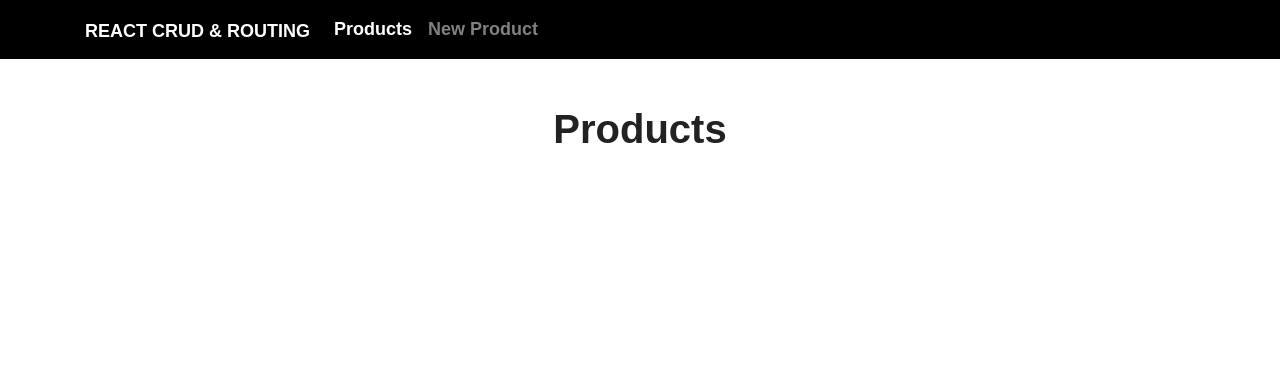
Repository: ppfeliuu/routercrudreact
Page: /products
These files come from the project's save history. The page is drawn as it stood at one moment and after the next save; the edit follows.
The browser window is 1280 px wide. The pictures show the whole page.
Some web fonts or font styles are not loaded; a fallback is used. The project was rebuilt for these pictures with package versions that can differ from the ones it lists, and the page was loaded fresh each time. Requests to the local data server were answered from the project's data file. Also part of the build but not shown: src/components/Producto.js, src/components/EditarProducto.js, src/components/AgregarProducto.js.

Above is the page before, as saved 2019-06-26 10:54:31.

### public/index.html
<!DOCTYPE html>
<html lang="en">
  <head>
    <meta charset="utf-8" />
    <link rel="shortcut icon" href="%PUBLIC_URL%/rc.png" />
    <meta name="viewport" content="width=device-width, initial-scale=1" />
    <meta name="theme-color" content="#000000" />
    <!--
      manifest.json provides metadata used when your web app is installed on a
      user's mobile device or desktop. See https://developers.google.com/web/fundamentals/web-app-manifest/
    -->
    <link rel="manifest" href="%PUBLIC_URL%/manifest.json" />
    <link rel="stylesheet" href="/css/bootstrap.min.css">
    <!--
      Notice the use of %PUBLIC_URL% in the tags above.
      It will be replaced with the URL of the `public` folder during the build.
      Only files inside the `public` folder can be referenced from the HTML.

      Unlike "/favicon.ico" or "favicon.ico", "%PUBLIC_URL%/favicon.ico" will
      work correctly both with client-side routing and a non-root public URL.
      Learn how to configure a non-root public URL by running `npm run build`.
    -->
    <title>React App</title>
  </head>
  <body>
    <noscript>You need to enable JavaScript to run this app.</noscript>
    <div id="root"></div>
    <!--
      This HTML file is a template.
      If you open it directly in the browser, you will see an empty page.

      You can add webfonts, meta tags, or analytics to this file.
      The build step will place the bundled scripts into the <body> tag.

      To begin the development, run `npm start` or `yarn start`.
      To create a production bundle, use `npm run build` or `yarn build`.
    -->
  </body>
</html>

### src/App.js
import React, { useEffect, useState } from 'react';
import { BrowserRouter as Router, Route, Switch }  from 'react-router-dom';
import Productos from './components/Productos';
import Producto from './components/Producto';
import EditarProducto from './components/EditarProducto';
import AgregarProducto from './components/AgregarProducto';
import Header from './components/Header';
import axios from 'axios';


function App() {

  const [productos, guardarProductos] = useState([]);

  useEffect(() => {
    const consultarAPI = async () => {
      const resultado = await axios.get('http://localhost:4000/restaurant');

      // console.log(resultado.data);
      guardarProductos(resultado.data);
    }
    consultarAPI();
  }, [])

  return (
    <Router>
      <Header />
      <main className="container mt-5">
      <Switch>
        <Route exact path="/products" render={ () => (
              <Productos
                productos={productos}
              />
            )}
        />
        <Route exact path="/new" component={AgregarProducto} />
        <Route exact path="/pproducts/:id" component={Producto} />
        <Route exact path="/pproducts/edit/:id" component={EditarProducto} />
      </Switch>
      </main>
    </Router>
  );
}

export default App;

### src/components/Productos.js
import React, {Fragment} from 'react';
import ProductoLista  from './ProductoLista';

function Productos({productos}) {
    return (
        <Fragment>
        <h1 className="text-center">Products</h1>
        <ul className="list-group mt-5">
            {productos.map(producto => (
                <ProductoLista
                    key={producto.id}
                    producto={producto}
                />
            ))}
        </ul>
        </Fragment>
    )
}

export default Productos;

### src/components/Header.js
import React from 'react';
import { Link, NavLink } from 'react-router-dom';

const Header = () => (
    <nav className="navbar navbar-expand-lg navbar-dark bg-dark">
        <div className="container">
            <Link to="/products" className="navbar-brand">
                React CRUD & Routing
            </Link>

            <ul className="navbar-nav mr-auto">
                <li className="nav-item">
                    <NavLink to="/products" className="nav-link" activeClassName="active">Products</NavLink>
                </li>
                <li className="nav-item">
                    <NavLink to="/new" className="nav-link" activeClassName="active">New Product</NavLink>
                </li>
            </ul>
        </div>
    </nav>
);


export default Header;

### src/components/ProductoLista.js
import React from 'react';

function ProductoLista() {

    return(
        <div></div>
    )

}

export default ProductoLista;

### db.json
{
    "restaurant": [
        {
            "precioPlatillo": "200",
            "nombrePlatillo": "Cheescake",
            "categoria": "Postres",
            "id": 1
        },
        {
            "precioPlatillo": "300",
            "nombrePlatillo": "Rib Eye 400g",
            "categoria": "Cortes",
            "id": 2
        }
    ]
}

Loaded but not shown: src/index.js (common file); src/serviceWorker.js (common file); public/css/bootstrap.min.css (library)

After the next save:
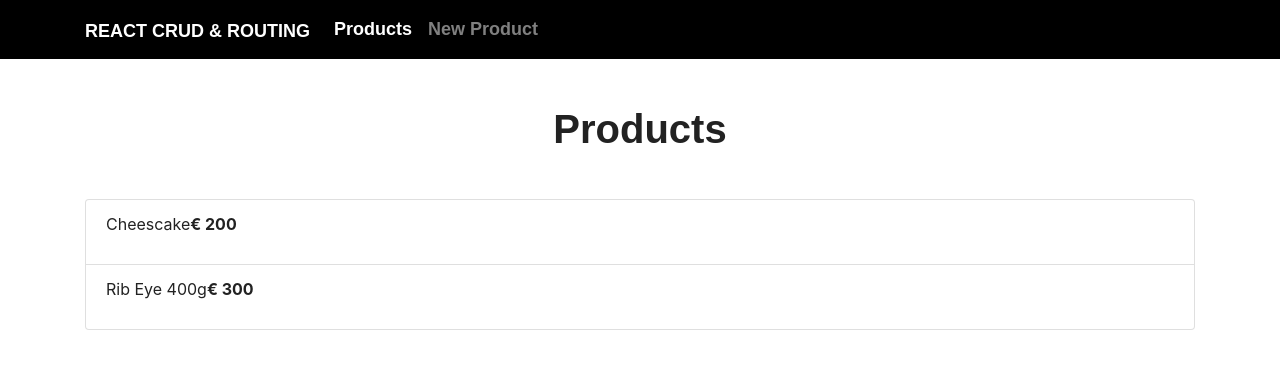
Saved 3 min 5 s later.
--- a/src/components/ProductoLista.js
+++ b/src/components/ProductoLista.js
@@ -1,9 +1,17 @@
 import React from 'react';
 
-function ProductoLista() {
+function ProductoLista({producto}) {
 
     return(
-        <div></div>
+        <li className="list-group-item d-flex justify-content-between align-items-center">
+            <p>
+                {producto.nombrePlatillo}
+                <span className="font-weight-bold">€ {producto.precioPlatillo}</span>
+            </p>
+            <div>
+
+            </div>
+        </li>
     )
 
 }
